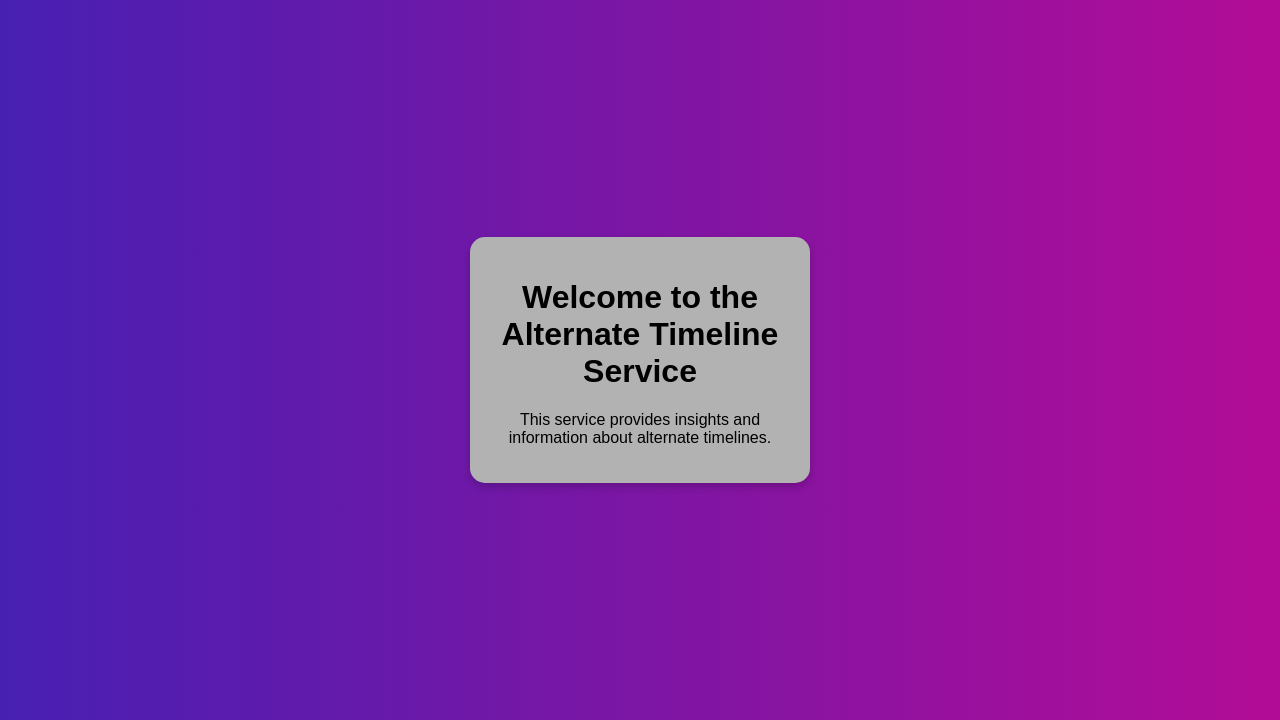
Repository: JovKun/DecisionCraft
Page: service/index.html
The author's editor kept a copy of each file at every save. The page is drawn from the files as they stood at one save, then again after a run of saves.
The browser window is 1280 px wide. The pictures show the whole page.

Above is the page before, as saved 2026-01-31 12:41:44.
Not found: service/script.js

### service/index.html
<!DOCTYPE html>
<html lang="en">
<head>
    <meta charset="UTF-8">
    <meta name="viewport" content="width=device-width, initial-scale=1.0">
    <title>Alternate Timeline</title>
    <link rel="stylesheet" href="style.css">
</head>
<body>
    <div id="timeline-container" class="container">
        <h1>Welcome to the Alternate Timeline Service</h1>
        <p>This service provides insights and information about alternate timelines.</p>
    </div>

    <script src="script.js"></script>
</body>
</html>

### service/style.css
/* style.css */
html {
    background: linear-gradient(to right, rgb(101, 45, 255), rgb(255, 17, 215));
    filter: brightness(0.7);
    height: 100%;
    margin: 0;
    font-family: Arial, sans-serif;
}

body {
    display: flex;
    justify-content: center;
    align-items: center;
    height: 100vh;
    margin: 0;
}

.container {
    background-color: white;
    border-radius: 15px;
    box-shadow: 0 4px 8px rgba(0, 0, 0, 0.2);
    padding: 20px;
    text-align: center;
    width: 300px;

}

After the next 2 saves:
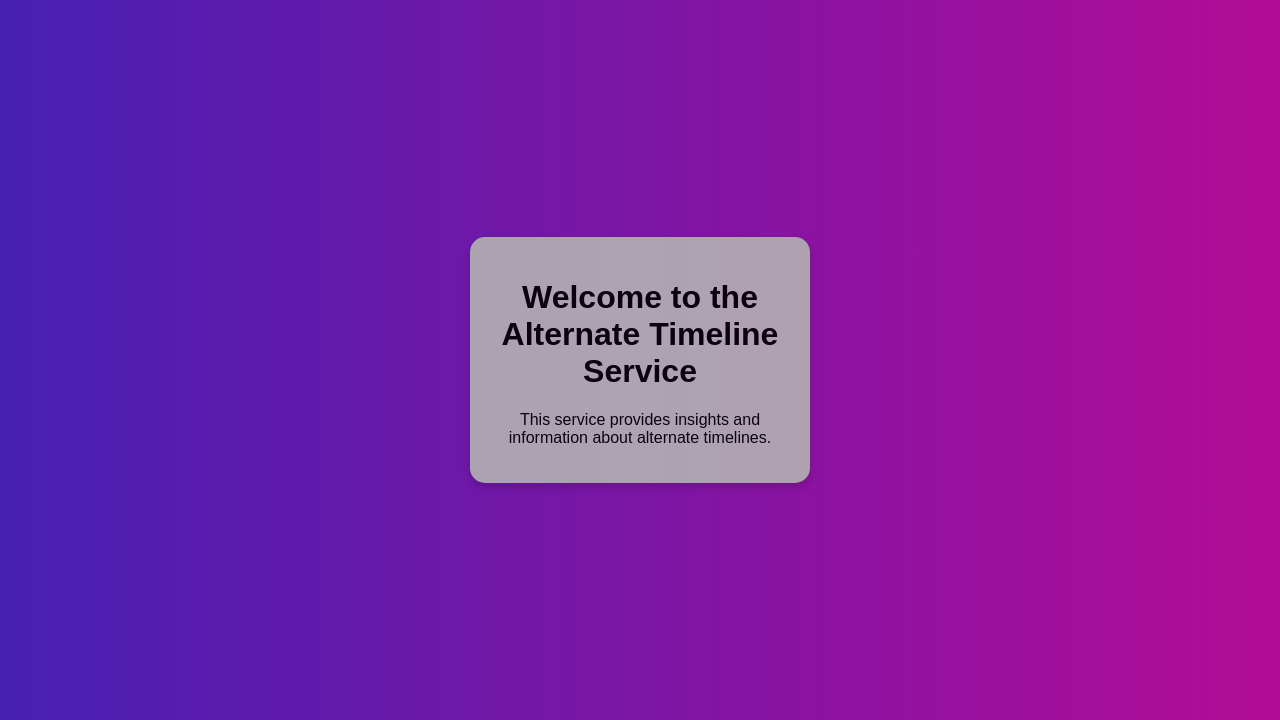
The 2 saves are shown as one change because they came seconds apart.
The last was saved 16 s later.
--- a/service/style.css
+++ b/service/style.css
@@ -22,5 +22,5 @@
     padding: 20px;
     text-align: center;
     width: 300px;
-
+    opacity: 0.9;
 }
